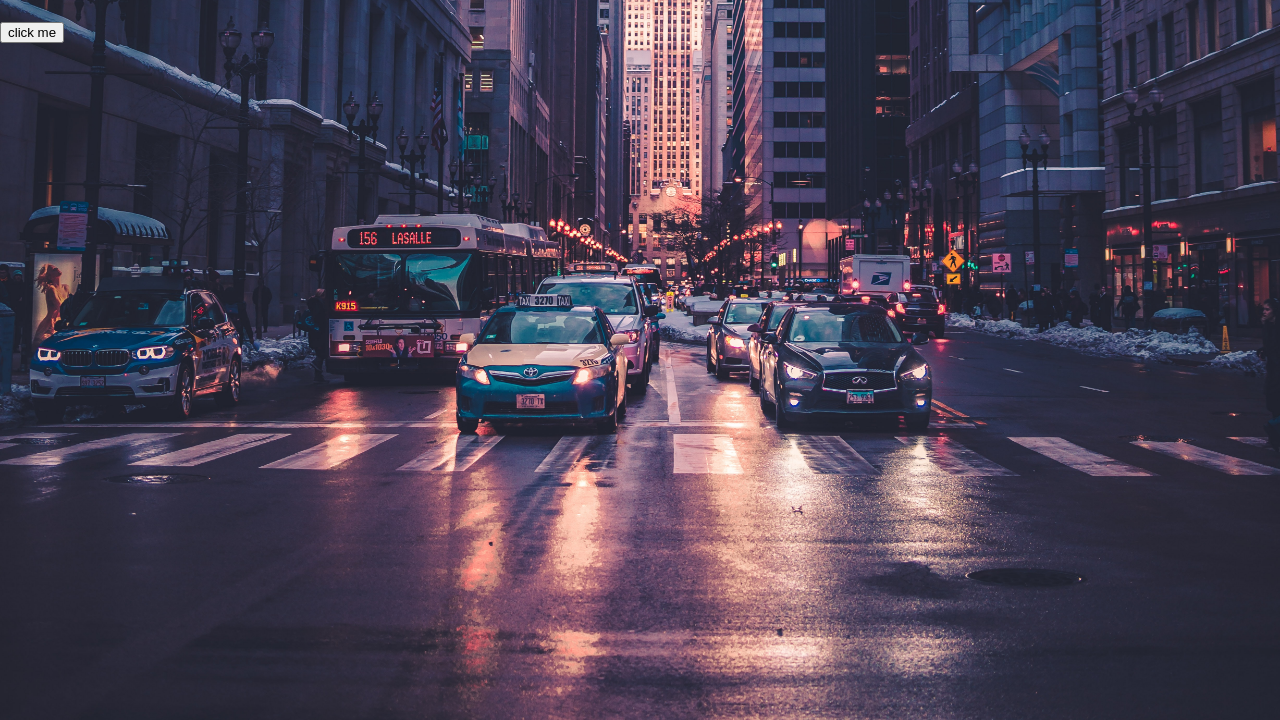
Repository: lamilekan263/random_advice
Page: /
An editor plug-in stored every save of this project. The page is shown before and after the next save, followed by the edit.
The browser window is 1280 px wide. The pictures show the whole page.
The page's requests for data from a server got no answer. The project was rebuilt for these pictures with package versions that can differ from the ones it lists, and the page was loaded fresh each time. No one was signed in, and anything a server would have sent is missing.

Above is the page before, as saved 2020-08-10 14:12:00.

After the next save:
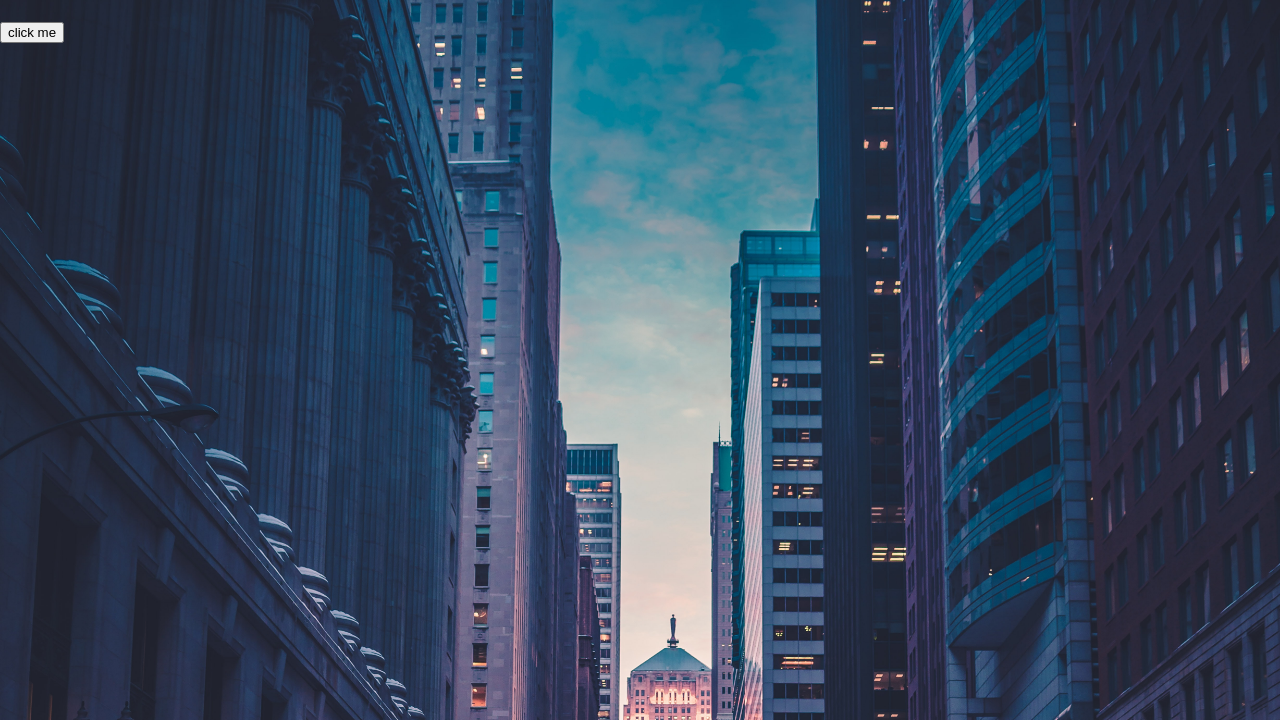
Saved 13 s later.
--- a/src/App.css
+++ b/src/App.css
@@ -3,5 +3,6 @@
   padding: 0;
   background-image: url('./bg.jpg');
   background-size: cover;
+  background
   background-position: center;
 }

After the save that followed:
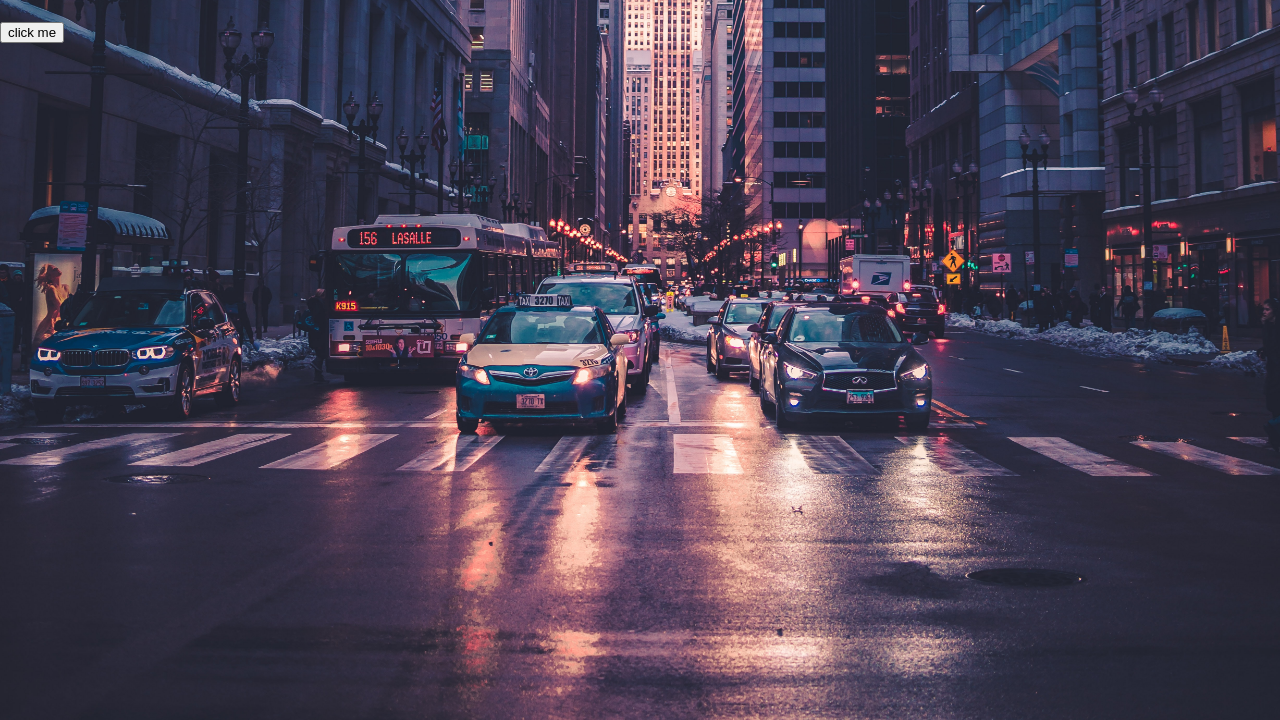
Saved 4 s later.
--- a/src/App.css
+++ b/src/App.css
@@ -3,6 +3,6 @@
   padding: 0;
   background-image: url('./bg.jpg');
   background-size: cover;
-  background
+  background-repeat: no-repeat;
   background-position: center;
 }
